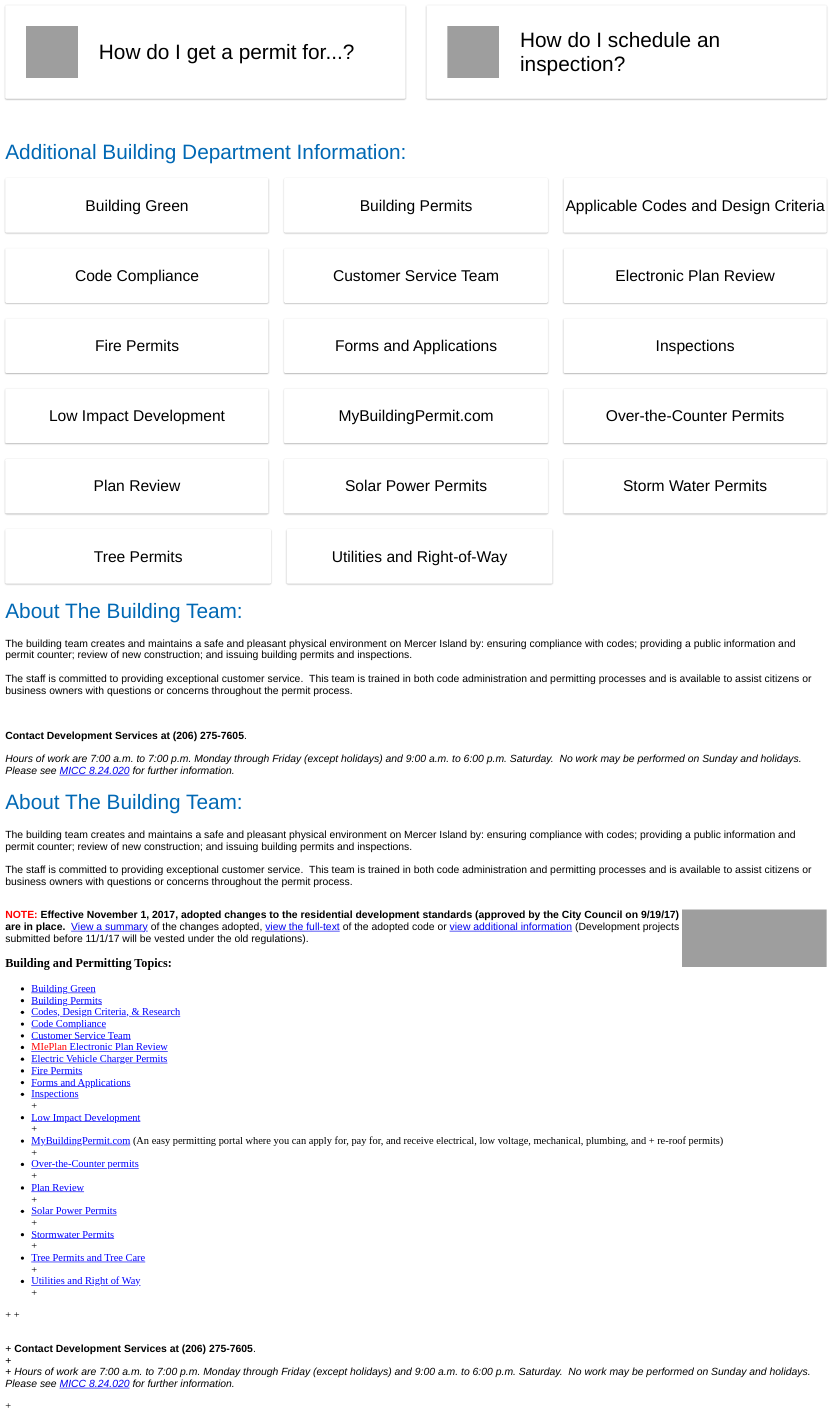
Repository: CharlieMisner/Mercer-Island-Website-Templates
Page: building-main-page/building-main-page.html
The author's editor kept a record of every edit. The page is drawn from the files as they stood at one moment, then again after the next edit.
The browser window is 1280 px wide. The pictures show the whole page, at 65% of full size.
Pictures or frames that could not be fetched are drawn as grey boxes.

Above is the page before.

After the next edit:
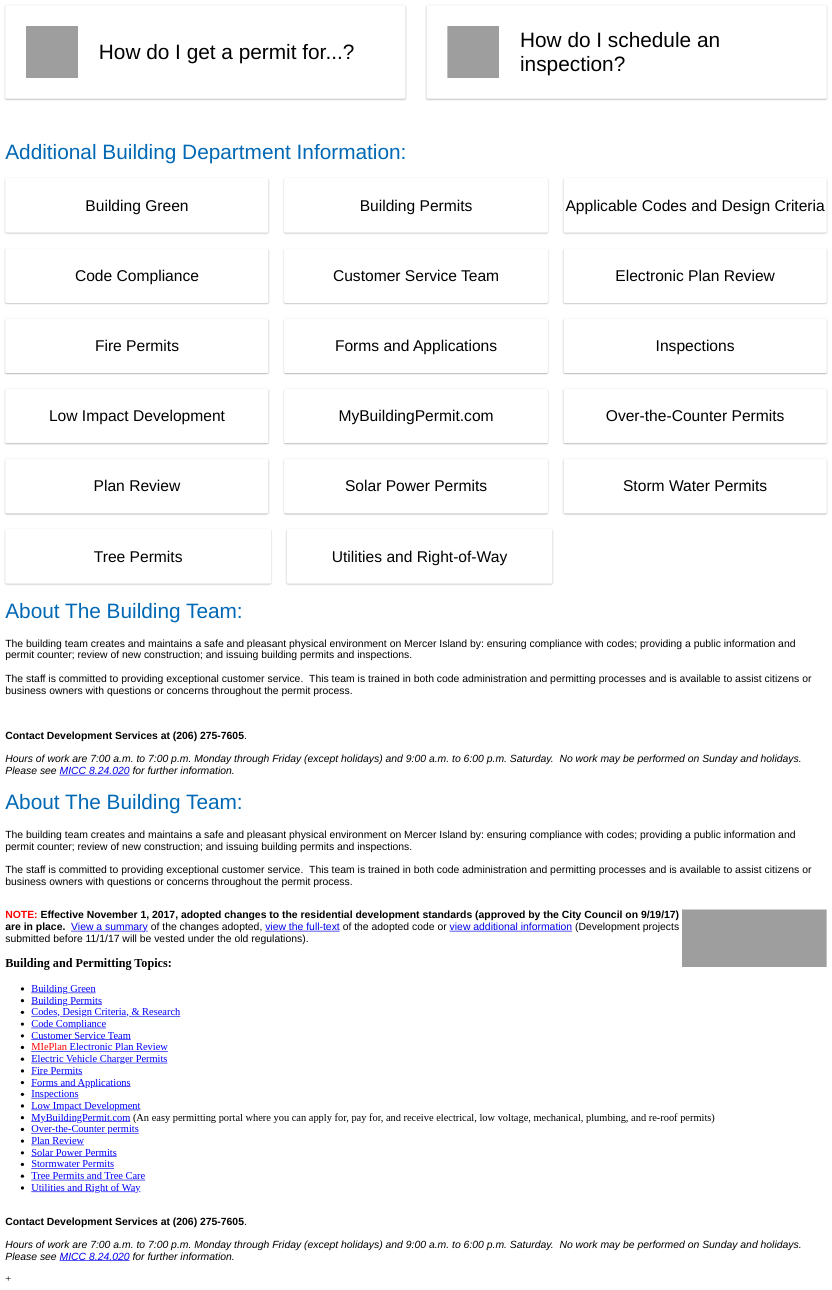
The edit:
--- a/building-main-page/building-main-page.html
+++ b/building-main-page/building-main-page.html
@@ -272,20 +272,20 @@
     <li><a href="http://www.mercergov.org/Page.asp?NavID=2614"><span style="color: rgb(0, 0, 255);">Fire Permits</span></a></li>
       <li><a href="http://www.mercergov.org/Page.asp?NavID=675"><span style="color: rgb(0, 0, 255);">Forms and Applications</span></a></li>
     <li><a href="http://www.mercergov.org/Page.asp?NavID=2610"><span style="color: rgb(0, 0, 255);">Inspections</span></a></li>
-+    <li><a href="http://www.mercergov.org/Page.asp?NavID=2660"><span style="color: rgb(0, 0, 255);">Low Impact Development</span></a></li>
-+    <li><a href="http://www.mercergov.org/Page.asp?NavID=2617"><span style="color: rgb(0, 0, 255);">MyBuildingPermit.com</span></a> (An easy permitting portal where you can apply for, pay for, and receive electrical, low voltage, mechanical, plumbing, and
-+        re-roof permits)</li>
-+    <li><a href="http://www.mercergov.org/Page.asp?NavID=2621"><span style="color: rgb(0, 0, 255);">Over-the-Counter permits</span></a></li>
-+    <li><a href="http://www.mercergov.org/Page.asp?NavID=2618"><span style="color: rgb(0, 0, 255);">Plan Review</span></a></li>
-+    <li><a href="http://www.mercergov.org/Page.asp?NavID=3053"><span style="color: rgb(0, 0, 255);">Solar Power Permits</span></a></li>
-+    <li><a href="http://www.mercergov.org/Page.asp?NavID=2680"><span style="color: rgb(0, 0, 255);">Stormwater Permits</span></a></li>
-+    <li><a href="http://www.mercergov.org/Page.asp?NavID=2636"><span style="color: rgb(0, 0, 255);">Tree Permits and Tree Care</span></a></li>
-+    <li><a href="http://www.mercergov.org/Page.asp?NavID=2622"><span style="color: rgb(0, 0, 255);">Utilities and Right of Way</span></a></li>
-+</ul>
-+
-+<p><br />
-+    <strong>Contact Development Services at (206) 275-7605</strong>.<br />
-+    <br />
-+    <em>Hours of work are 7:00 a.m. to 7:00 p.m. Monday through Friday (except holidays) and 9:00 a.m. to 6:00 p.m. Saturday.&nbsp; No work may be performed on Sunday and holidays.</em><em>&nbsp; </em><em>Please see </em><a href="http://www.codepublishing.com/wa/mercerisland/html/MercerIsland08/MercerIsland0824.html#8.24.020"><em>MICC</em><em> 8.24.020</em></a><em> for further information.</em>
+    <li><a href="http://www.mercergov.org/Page.asp?NavID=2660"><span style="color: rgb(0, 0, 255);">Low Impact Development</span></a></li>
+    <li><a href="http://www.mercergov.org/Page.asp?NavID=2617"><span style="color: rgb(0, 0, 255);">MyBuildingPermit.com</span></a> (An easy permitting portal where you can apply for, pay for, and receive electrical, low voltage, mechanical, plumbing, and
+        re-roof permits)</li>
+    <li><a href="http://www.mercergov.org/Page.asp?NavID=2621"><span style="color: rgb(0, 0, 255);">Over-the-Counter permits</span></a></li>
+    <li><a href="http://www.mercergov.org/Page.asp?NavID=2618"><span style="color: rgb(0, 0, 255);">Plan Review</span></a></li>
+    <li><a href="http://www.mercergov.org/Page.asp?NavID=3053"><span style="color: rgb(0, 0, 255);">Solar Power Permits</span></a></li>
+    <li><a href="http://www.mercergov.org/Page.asp?NavID=2680"><span style="color: rgb(0, 0, 255);">Stormwater Permits</span></a></li>
+    <li><a href="http://www.mercergov.org/Page.asp?NavID=2636"><span style="color: rgb(0, 0, 255);">Tree Permits and Tree Care</span></a></li>
+    <li><a href="http://www.mercergov.org/Page.asp?NavID=2622"><span style="color: rgb(0, 0, 255);">Utilities and Right of Way</span></a></li>
+</ul>
+
+<p><br />
+    <strong>Contact Development Services at (206) 275-7605</strong>.<br />
+    <br />
+    <em>Hours of work are 7:00 a.m. to 7:00 p.m. Monday through Friday (except holidays) and 9:00 a.m. to 6:00 p.m. Saturday.&nbsp; No work may be performed on Sunday and holidays.</em><em>&nbsp; </em><em>Please see </em><a href="http://www.codepublishing.com/wa/mercerisland/html/MercerIsland08/MercerIsland0824.html#8.24.020"><em>MICC</em><em> 8.24.020</em></a><em> for further information.</em>
 </p>
 +
